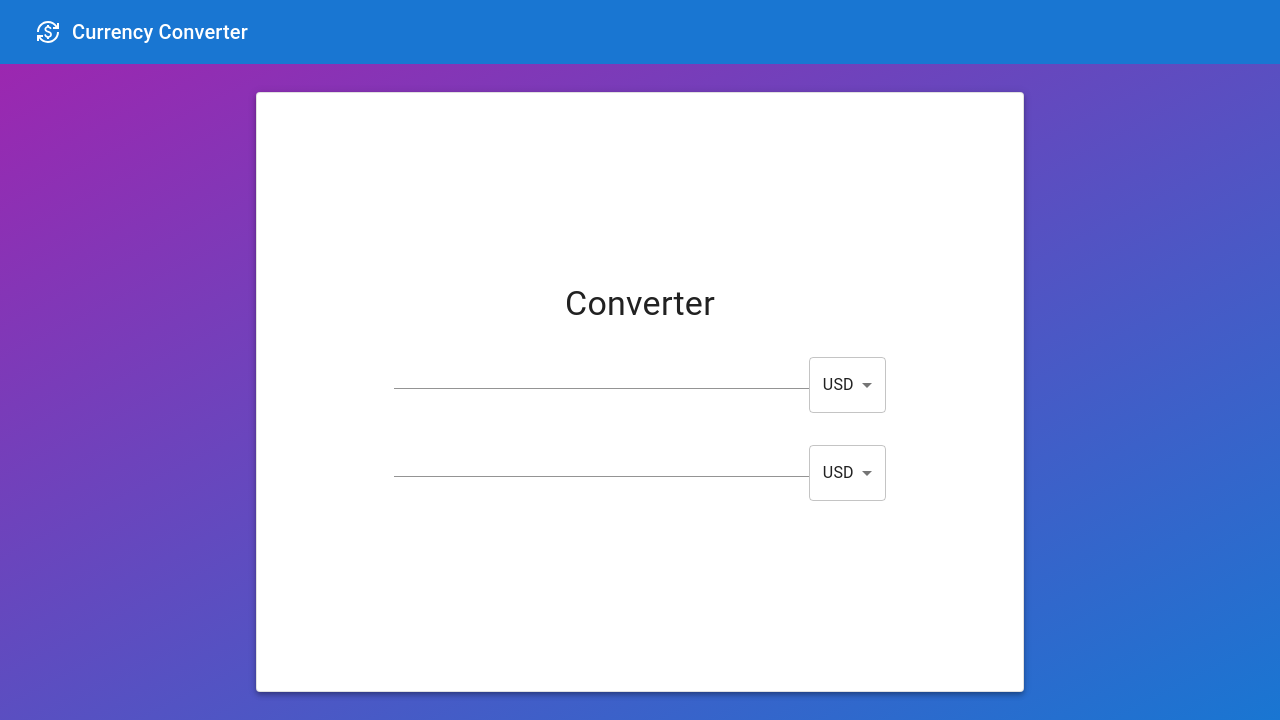
Repository: rutsguifd/currency-converter
Page: /
These files come from the project's save history. The page is drawn as it stood at one moment and after the next save; the edit follows.
The browser window is 1280 px wide. The pictures show the whole page.
The project was rebuilt for these pictures with package versions that can differ from the ones it lists, and the page was loaded fresh each time. Also part of the build but not shown: src/components/ErrorBoundary.jsx.

Above is the page before, as saved 2023-03-28 00:09:17.

### src/index.js
import { CssBaseline } from "@mui/material";
import React from "react";
import ReactDOM from "react-dom/client";
import { Provider } from "react-redux";
import { BrowserRouter } from "react-router-dom";
import App from "./App";
import { setupStore } from "./store";

const store = setupStore();

const root = ReactDOM.createRoot(document.getElementById("root"));
root.render(
  <Provider store={store}>
    <BrowserRouter>
      <CssBaseline>
        <App />
      </CssBaseline>
    </BrowserRouter>
  </Provider>
);

### src/App.js
import AppRouter from "./router/AppRouter";

function App() {
  return (
    <>
      <AppRouter />
    </>
  );
}

export default App;

### src/store/index.js
import { combineReducers, configureStore } from "@reduxjs/toolkit";
import { ConverterAPI } from "./ConverterService";

const rootReducer = combineReducers({
  [ConverterAPI.reducerPath]: ConverterAPI.reducer,
});

export const setupStore = () => {
  return configureStore({
    reducer: rootReducer,
    middleware: (getDefaultMiddleware) =>
      getDefaultMiddleware().concat(ConverterAPI.middleware),
  });
};

### src/router/AppRouter.jsx
import React from "react";
import { Route, Routes } from "react-router-dom";
import ErrorBoundary from "../components/ErrorBoundary";
import HomePage from "../pages/HomePage";

const AppRouter = () => {
  return (
    <Routes>
      <Route path="/" element={<HomePage />} />
      <Route path="/error" element={<ErrorBoundary />} />
    </Routes>
  );
};

export default AppRouter;

### src/store/ConverterService.js
import { createApi, fetchBaseQuery } from "@reduxjs/toolkit/dist/query/react";

const BASE_URL = "https://api.apilayer.com/exchangerates_data/";

const BASE_QUERY = fetchBaseQuery({
  baseUrl: BASE_URL,
  prepareHeaders: (headers) => {
    headers.set("apikey", "3yTPGVUhUYyAGGgNkKb2MySzxmY4qcWi");
    return headers;
  },
});

export const ConverterAPI = createApi({
  reducerPath: "ConverterAPI",
  baseQuery: BASE_QUERY,
  tagTypes: ["ConverterAPI"],
  endpoints: (build) => ({
    getLatestCurrency: build.query({
      query: ({ symbols, base }) => `latest?symbols=${symbols}&base=${base}`,
    }),
  }),
});

### src/pages/HomePage.jsx
import React from "react";
import ConvertContainer from "../components/ConvertContainer";
import MainLayout from "../layout/MainLayout";

const HomePage = () => {
  return (
    <MainLayout>
      <ConvertContainer />
    </MainLayout>
  );
};

export default HomePage;

### src/components/ConvertContainer.jsx
import { Container, useTheme } from "@mui/material";
import React from "react";
import Convert from "./Convert";

const ConvertContainer = () => {
  const theme = useTheme();

  return (
    <Container
      maxWidth={false}
      disableGutters
      sx={{
        display: "flex",
        justifyContent: "center",
        alignItems: "center",
        minHeight: "calc(100vh - 64px)",
        background: `linear-gradient(to right bottom, ${theme.palette.secondary.main},  ${theme.palette.primary.main})`,
      }}
    >
      <Convert />
    </Container>
  );
};

export default ConvertContainer;

### src/layout/MainLayout.jsx
import React from "react";
import Header from "../components/Header";

const MainLayout = ({ children }) => {
  return (
    <>
      <Header />
      {children}
    </>
  );
};

export default MainLayout;

### src/components/Convert.jsx
import {
  Box,
  FormControl,
  InputLabel,
  MenuItem,
  Paper,
  Select,
  TextField,
  Typography,
} from "@mui/material";
import React, { useState } from "react";

const Convert = () => {
  const [currentCurrency, setCurrentCurrency] = useState("USD");

  const handleChange = (e) => {
    setCurrentCurrency(e.target.value);
  };

  console.log(currentCurrency);
  return (
    <Paper
      variant="outlined"
      sx={{
        p: 4,
        display: "flex",
        flexDirection: "column",
        alignItems: "center",
        justifyContent: "center",
        width: "60vw",
        minWidth: "400px",
        height: "60vh",
        minHeight: "600px",
        gap: 4,
        boxShadow: 4,
      }}
    >
      <Typography variant="h4">Converter</Typography>
      <Box display="flex" flexDirection="row" width="70%">
        <TextField variant="standard" sx={{ width: "100%" }} />
        <Select
          id="demo-simple-select"
          value={currentCurrency}
          onChange={handleChange}
        >
          <MenuItem value="UAH">UAH</MenuItem>
          <MenuItem value="USD">USD</MenuItem>
          <MenuItem value="EURO">EURO</MenuItem>
        </Select>
      </Box>
      <Box display="flex" flexDirection="row" width="70%">
        <TextField variant="standard" sx={{ width: "100%" }} />
        <Select
          id="demo-simple-select"
          value={currentCurrency}
          onChange={handleChange}
        >
          <MenuItem value="UAH">UAH</MenuItem>
          <MenuItem value="USD">USD</MenuItem>
          <MenuItem value="EURO">EURO</MenuItem>
        </Select>
      </Box>
    </Paper>
  );
};

export default Convert;

### src/components/Header.jsx
import {
  AppBar,
  Box,
  CircularProgress,
  IconButton,
  Toolbar,
  Typography,
} from "@mui/material";
import CurrencyExchangeIcon from "@mui/icons-material/CurrencyExchange";
import EuroSymbolIcon from "@mui/icons-material/EuroSymbol";
import AttachMoneyIcon from "@mui/icons-material/AttachMoney";
import React from "react";
import { ConverterAPI } from "../store/ConverterService";
import { useNavigate } from "react-router-dom";

const Header = () => {
  const navigate = useNavigate();

  //   const {
  //     data: USDData,
  //     error: USDError,
  //     isLoading: USDLoading,
  //   } = ConverterAPI.useGetLatestCurrencyQuery({
  //     symbols: "UAH",
  //     base: "USD",
  //   });
  //   const {
  //     data: EURData,
  //     error: EURError,
  //     isLoading: EURLoading,
  //   } = ConverterAPI.useGetLatestCurrencyQuery({
  //     symbols: "UAH",
  //     base: "EUR",
  //   });
  //   if (USDError || EURError) {
  //     return navigate("/error");
  //   }
  return (
    <Box sx={{ flexGrow: 1 }}>
      <AppBar position="static">
        <Toolbar>
          <IconButton size="large" color="inherit">
            <CurrencyExchangeIcon />
          </IconButton>
          <Typography variant="h6" component="div" sx={{ flexGrow: 1 }}>
            Currency Converter
          </Typography>
          {/* <Box margin={2} display="flex" flexDirection="row">
            <EuroSymbolIcon />
            {EURLoading ? (
              <CircularProgress />
            ) : (
              <Typography>{EURData.rates.UAH}</Typography>
            )}
          </Box>
          <Box margin={2} display="flex" flexDirection="row">
            <AttachMoneyIcon />
            {USDLoading ? (
              <CircularProgress />
            ) : (
              <Typography>{USDData.rates.UAH}</Typography>
            )}
          </Box> */}
        </Toolbar>
      </AppBar>
    </Box>
  );
};

export default Header;

Loaded but not shown: public/index.html (common file)

After the next save:
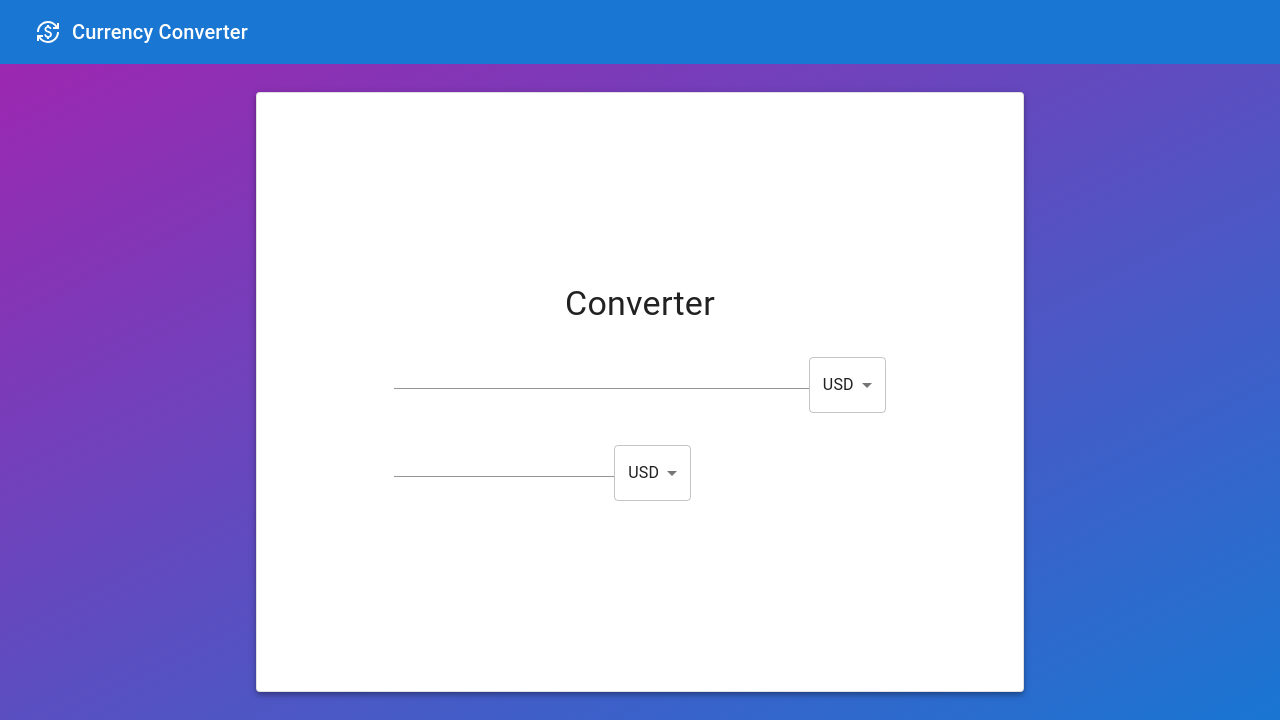
Saved 7 s later.
--- a/src/components/Convert.jsx
+++ b/src/components/Convert.jsx
@@ -49,7 +49,7 @@
         </Select>
       </Box>
       <Box display="flex" flexDirection="row" width="70%">
-        <TextField variant="standard" sx={{ width: "100%" }} />
+        <TextField variant="standard" />
         <Select
           id="demo-simple-select"
           value={currentCurrency}

After the save that followed:
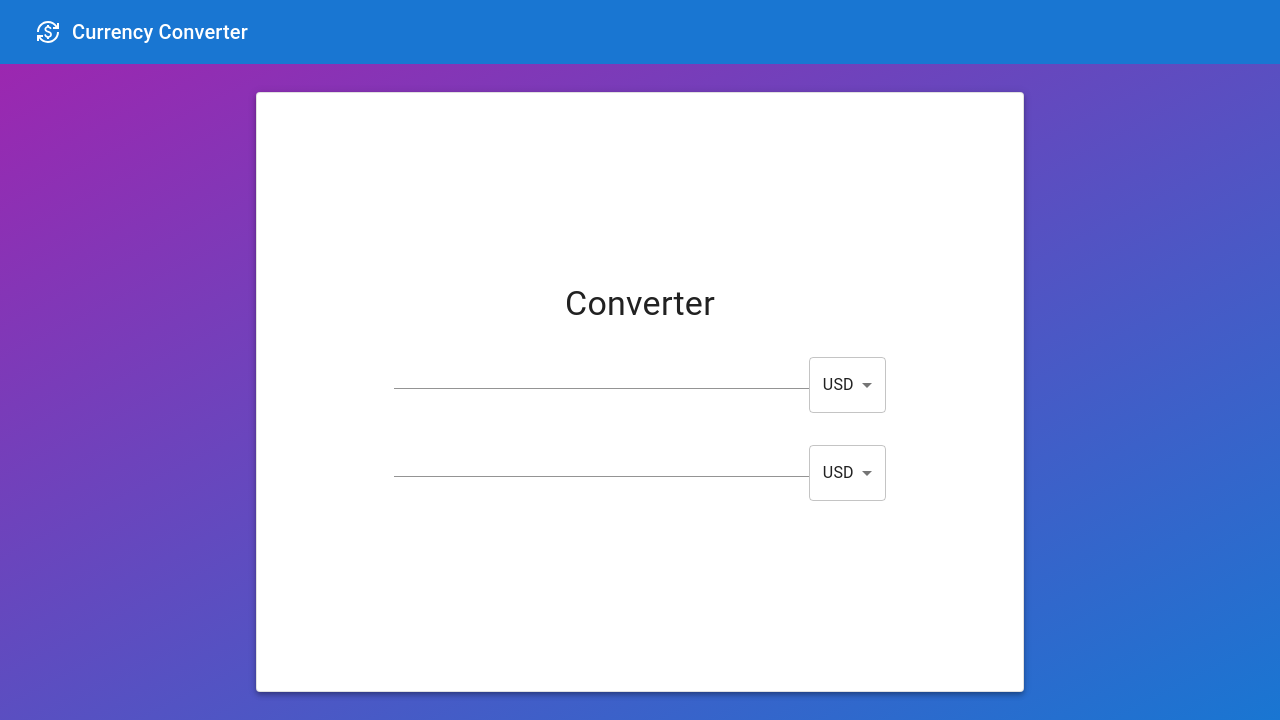
Saved 7 s later.
--- a/src/components/Convert.jsx
+++ b/src/components/Convert.jsx
@@ -49,7 +49,7 @@
         </Select>
       </Box>
       <Box display="flex" flexDirection="row" width="70%">
-        <TextField variant="standard" />
+        <TextField variant="standard" sx={{ width: "100%" }} />
         <Select
           id="demo-simple-select"
           value={currentCurrency}
